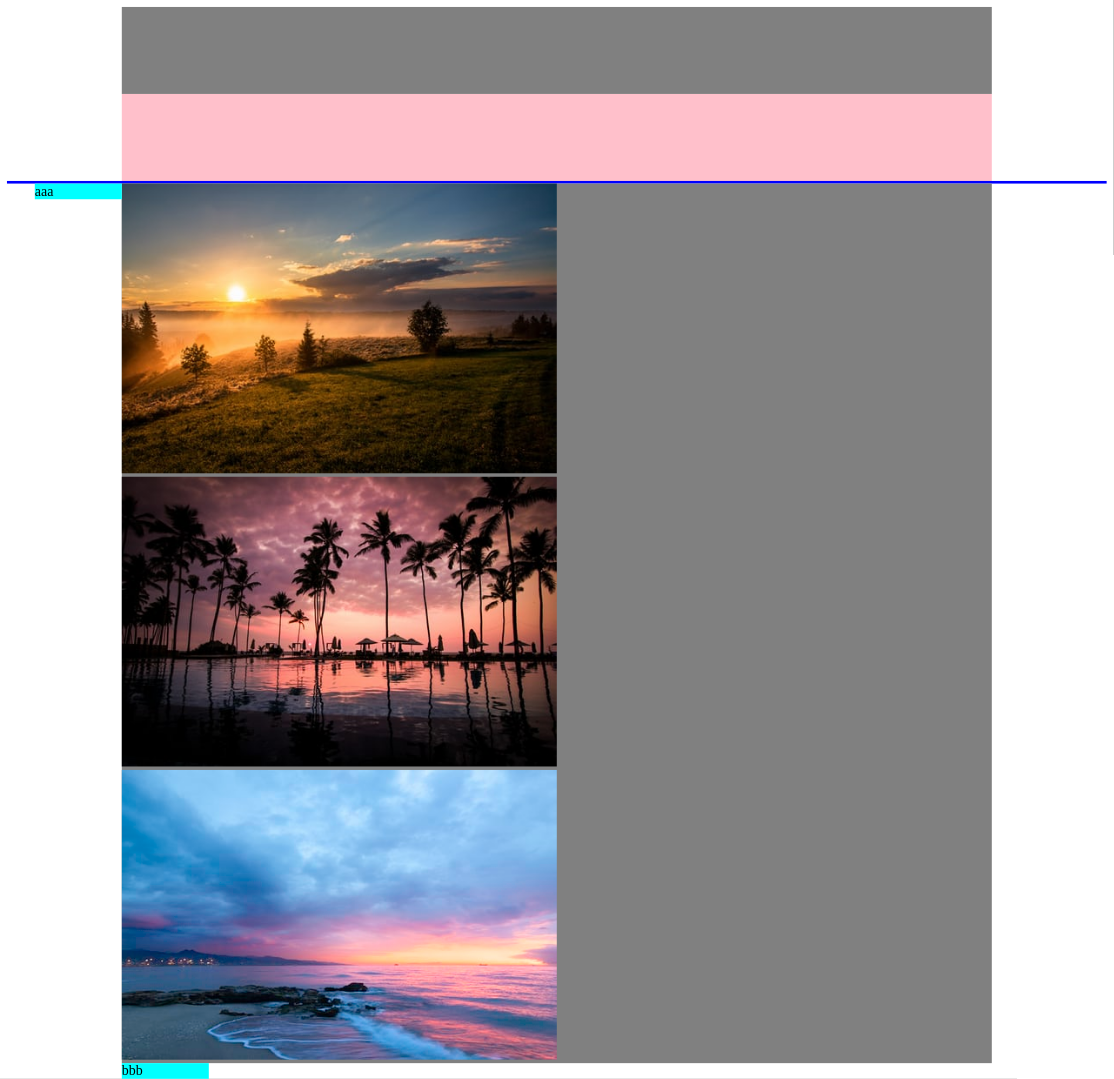
Repository: ArchivvonJang/learn_program_language
Page: webApp/WebContent/Javascript/js21_scrollBanner/img/js21_scrollBanner.html
The author's editor kept a copy of each file at every save. The page is drawn from the files as they stood at one save, then again after the next save.
The browser window is 1280 px wide. The pictures show the whole page, at 87% of full size.

Above is the page before, as saved 2021-03-04 01:05:08.

### webApp/WebContent/Javascript/js21_scrollBanner/img/js21_scrollBanner.html
<!DOCTYPE html>
<html>
<head>
<meta charset="UTF-8">
<title>Insert title here</title>
<style>
	#header1, #header2{
		height:100px;
		width:1000px;
		margin:0 auto;
	}
	#header1{
		background-color:gray;
	}
	#header2{
		background-color:pink;
	}
	#bar{
		height:3px;
		background-color:blue;
	}
	#content{
		width:1000px;
		margin:0 auto;
		background-color:gray;
		position:relative;

	}

	/*배너*/
	#leftBanner, #rightBanner{
		position:absolute;
		width:100px;
		background-color:cyan;
	}
	#leftBanner{
		left:-100px;
		top:0px;/*제일 위로 올라오기*/
	}
	#rightBanner{

	}
</style>
</head>
<body>
<div id= "header1"></div>
<div id="header2"></div>
<div id="bar"></div>
<div id="content">
	<img src="../img/sunset1.jpg"/>
	<img src="../img/sunset2.jpg"/>
	<img src="../img/sunset3.jpg"/>

	<!-- 배너 -->
	<div id="leftBanner">aaa</div>
	<div id="rightBanner">bbb</div>

	</div>
</body>
</html>

After the next save:
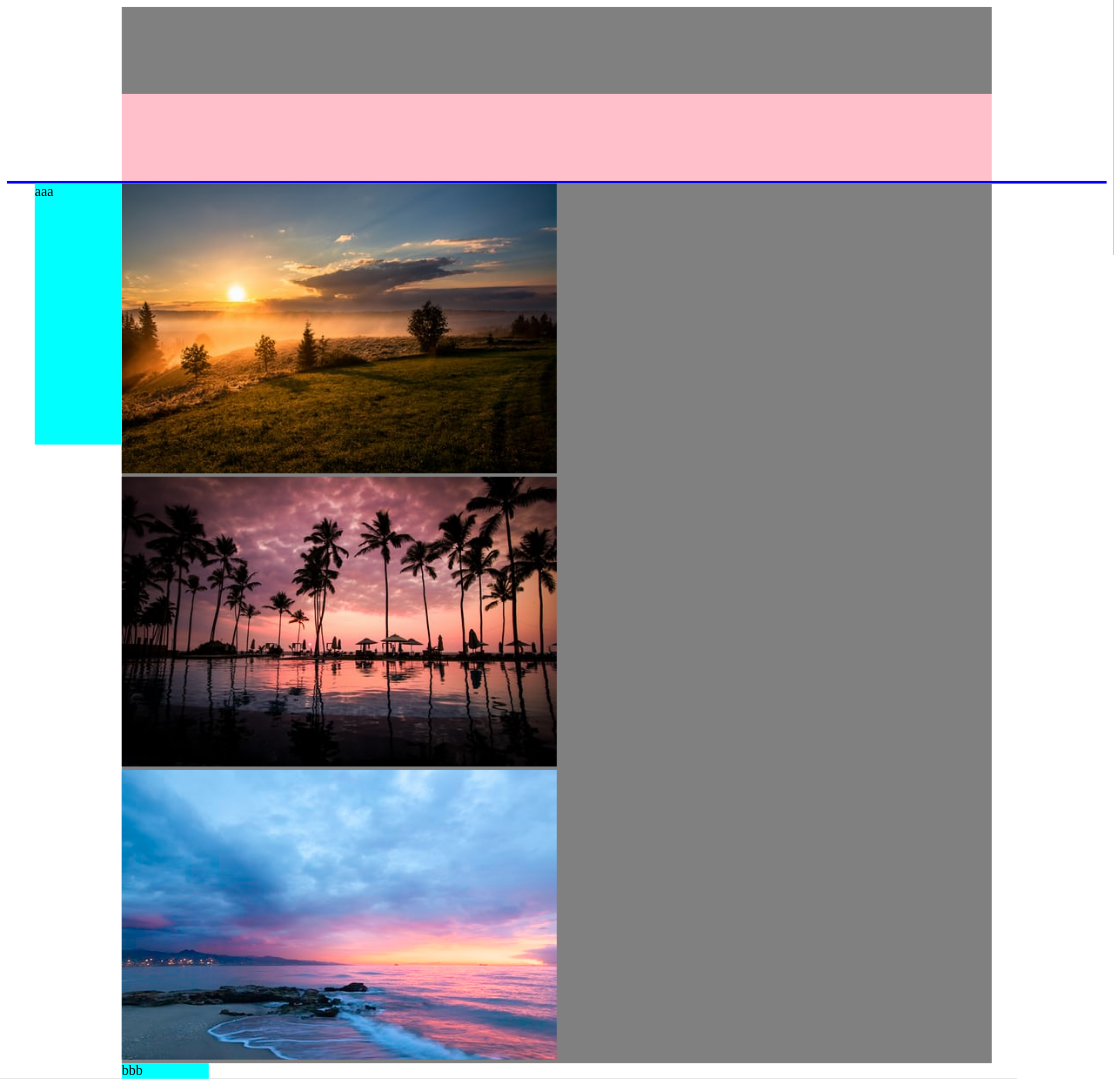
Saved 16 s later.
--- a/webApp/WebContent/Javascript/js21_scrollBanner/img/js21_scrollBanner.html
+++ b/webApp/WebContent/Javascript/js21_scrollBanner/img/js21_scrollBanner.html
@@ -36,6 +36,7 @@
 	#leftBanner{
 		left:-100px;
 		top:0px;/*제일 위로 올라오기*/
+		height:300px;
 	}
 	#rightBanner{
 
